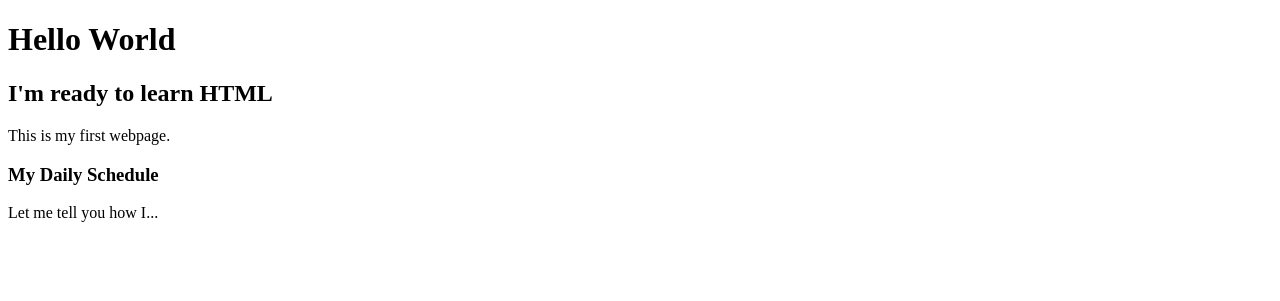
Repository: AmiaFischer/Boba
Page: index.html
An editor plug-in stored every save of this project. The page is shown before and after the next save, followed by the edit.
The browser window is 1280 px wide. The pictures show the whole page.

Above is the page before, as saved 2024-10-14 00:39:19.

After the next save:
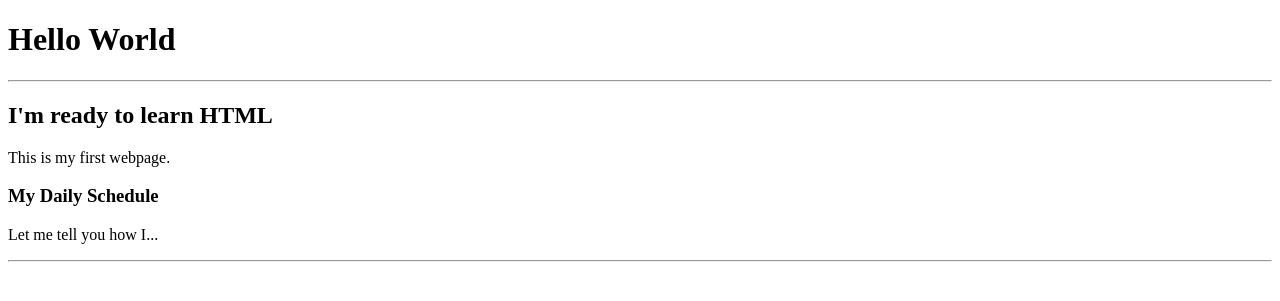
Saved 87 s later.
--- a/index.html
+++ b/index.html
@@ -10,11 +10,15 @@
     <body>
         <h1>Hello World</h1>
 
+        <hr>
+
         <h2>I'm ready to learn HTML</h2>
         <p>This is my first webpage.</p>
 
         <h3>My Daily Schedule</h3>
         <p>Let me tell you how I...</p>
+
+        <hr>
     </body>
 
 </html>
